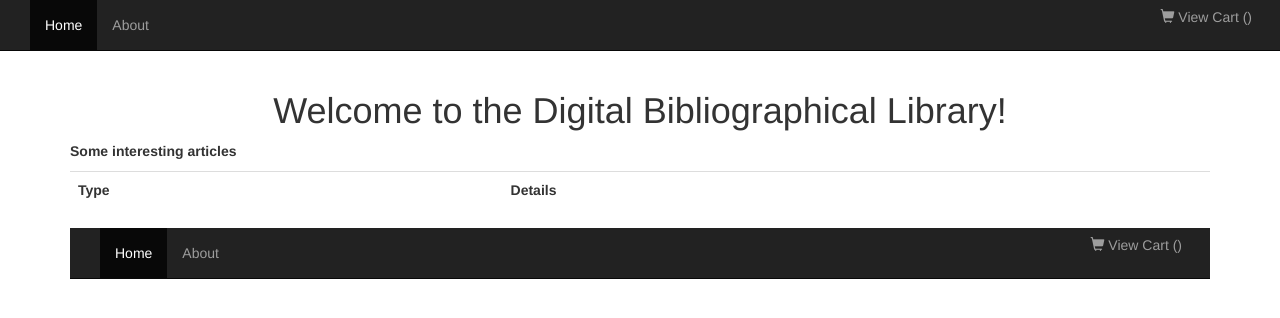
Repository: iancwwong/DigitalBibliographicalLibrary
Page: http://localhost/DigitalBibliographicLibrary/indexpage.jsp
An editor plug-in stored every save of this project. The page is shown before and after the next save, followed by the edit.
The browser window is 1280 px wide. The pictures show the whole page.
The page is served by Tomcat 9. The template is opened directly, without the code that normally fills it, so the values that code supplies are empty.

Above is the page before, as saved 2016-08-28 01:17:06.

After the next save:
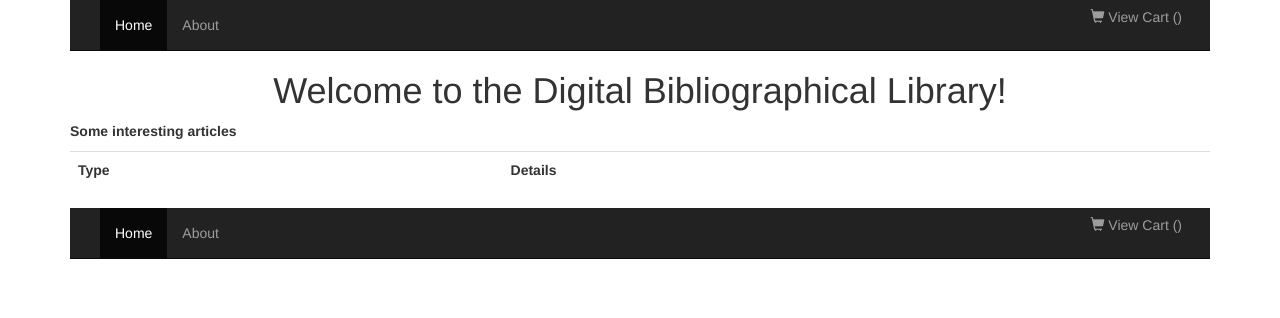
Saved 17 s later.
--- a/DigitalBibliographicLibrary/WebContent/indexpage.jsp
+++ b/DigitalBibliographicLibrary/WebContent/indexpage.jsp
@@ -31,11 +31,11 @@
 
 </head>
 <body>
-	<!-- Havbar -- >
-	<%@ include file="include/navbar.html"%>
 
 	<!-- CONTENT -->
 	<div class="container">
+		<!-- Navbar -- >
+		<%@ include file="include/navbar.html"%>
 
 		<center>
 		<h1>Welcome to the Digital Bibliographical Library!</h1>
